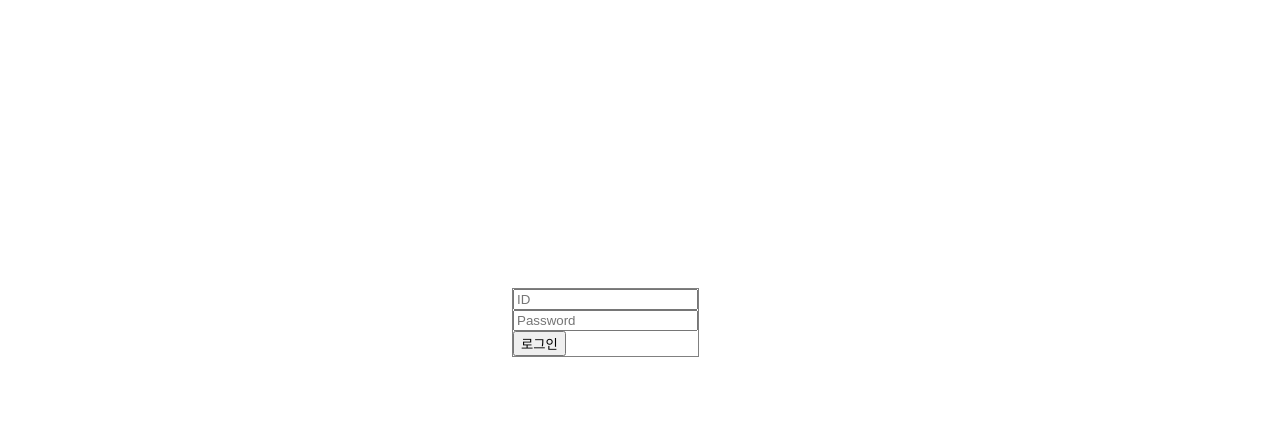
Repository: beruzz/ezen
Page: http://localhost/introduce/mc/login
These files come from the project's save history. The page is drawn as it stood at one moment and after the next save; the edit follows.
The browser window is 1280 px wide. The pictures show the whole page.
The page is served by Tomcat 9.

Above is the page before, as saved 2022-12-14 08:52:42.

After the next save:
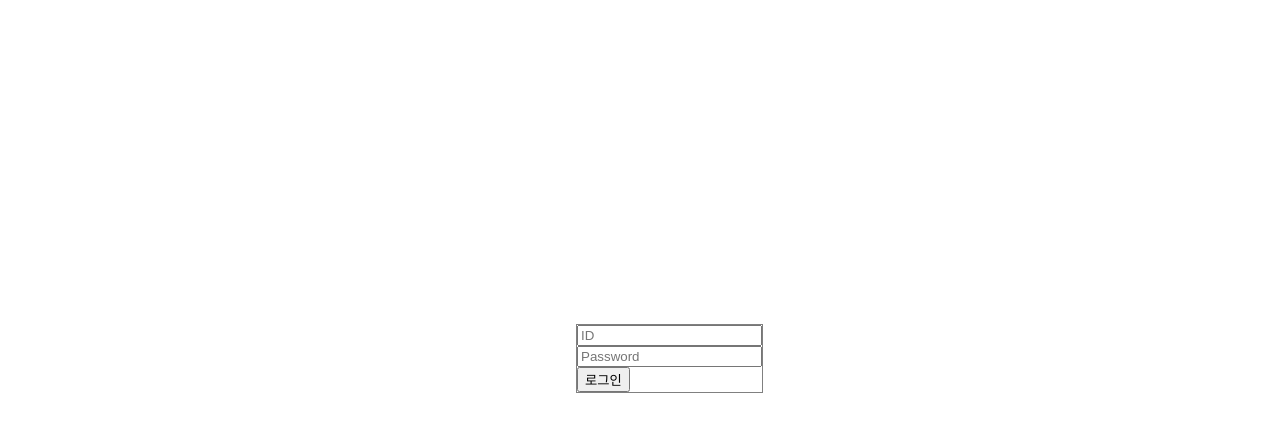
Saved 43 s later.
--- a/JSP_Board&Member/introduce/src/main/webapp/member/login.jsp
+++ b/JSP_Board&Member/introduce/src/main/webapp/member/login.jsp
@@ -9,8 +9,8 @@
 <style>
 .login {
 	position: absolute;
-	top: 40%;
-	left: 40%;
+	top: 45%;
+	left: 45%;
 	border: solid 1px gray;
 }
 </style>
